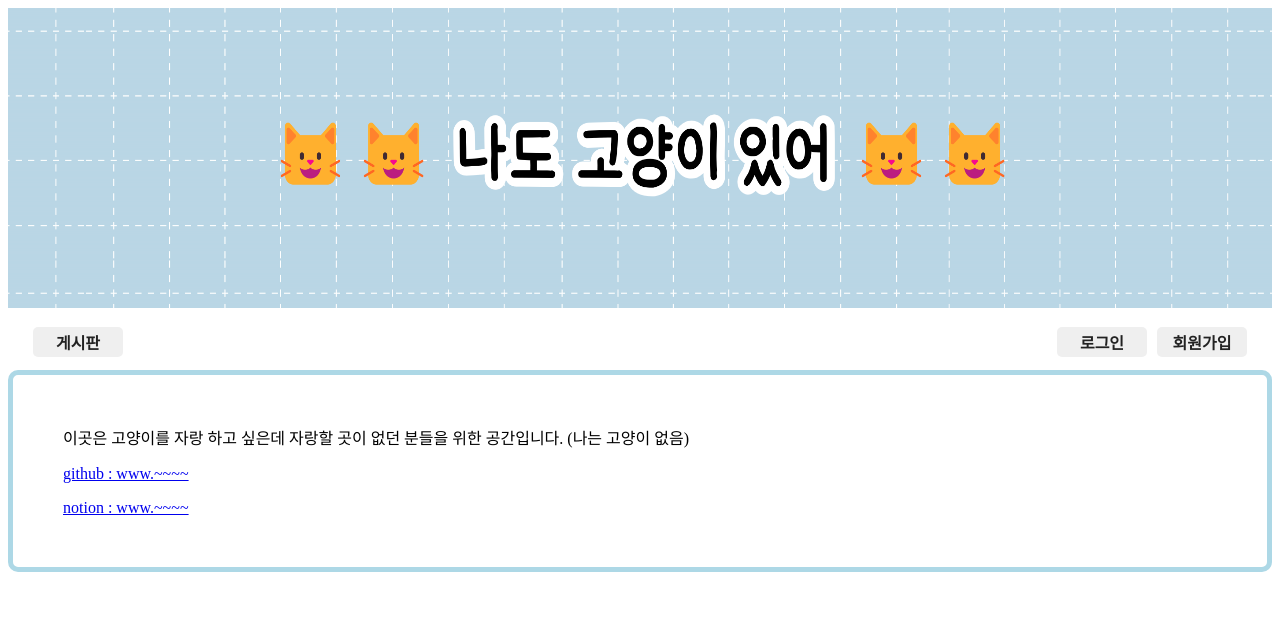
Repository: hh7711/Goit
Page: http://localhost/Goit/WEB-INF/views/mainPage.jsp
These files come from the project's save history. The page is drawn as it stood at one moment and after the next save; the edit follows.
The browser window is 1280 px wide. The pictures show the whole page.
Some web fonts or font styles are not loaded; a fallback is used. The page is served by Tomcat 9. Nobody is signed in. Other server files are loaded and not shown. The template is opened directly, without the code that normally fills it, so the values that code supplies are empty.

Above is the page before, as saved 2023-08-03 06:33:47.

### Goit/src/main/webapp/WEB-INF/views/mainPage.jsp
<%@ page language="java" contentType="text/html; charset=UTF-8"
    pageEncoding="UTF-8"%>
<%@ taglib prefix="c" uri="http://java.sun.com/jsp/jstl/core" %>
<!DOCTYPE html>
<html>
<head>
<meta charset="UTF-8">
<title>나도 고양이 있어</title>
	<style type="text/css">
		@font-face {
		    font-family: 'Dovemayo_gothic';
		    src: url('https://cdn.jsdelivr.net/gh/projectnoonnu/noonfonts_2302@1.1/Dovemayo_gothic.woff2') format('woff2');
		    font-weight: normal;
		    font-style: normal;
		}
		body,button {
			font-family: 'Dovemayo_gothic';
		}
		#main1{
			border: 5px solid lightblue;
			border-radius: 10px;
/* 			margin: 30px; */
		}
		.headBtnDiv{
			margin-bottom: 30px; margin-top: 10px;
			margin-left: 20px; margin-right: 20px;
		}
        .headBtn{
        	border: 0.5px;
        	width: 90px;
        	height: 30px;
        	color: rgb(34, 34, 34);
        	border-radius: 5px;
        	font-size: medium;
        	font-weight: bold;
        	margin: 5px;
/*         	margin-top: 5px; margin-left: 5px; margin-right: 5px; margin-bottom: 30px; */
        }
        .headBtn:hover{
        	background-color: rgb(211, 253, 255);
        }
        .headId{
        	font-size: medium;
        	font-weight: bold;
        	margin-top: 8px; margin-left: 5px; margin-right: 5px; margin-bottom: 10px;
        }
	</style>
</head>
<body>
	<div>
		<a href="mainPage">
			<img style="height: 300px;" alt="오류" src="resources/main/main15.png" width="100%">
		</a>
	</div>
	<div class="headBtnDiv">
		<button type="button" class="headBtn" style="float: left;" onclick="location.href='boardList'">게시판</button>
		<c:if test="${dto == null}">
			<button type="button" class="headBtn" style="float: right;" onclick="location.href='signUpPage'">회원가입</button>
			&nbsp;<button type="button" class="headBtn" style="float: right;" onclick="location.href='signInPage'">로그인</button>
		</c:if>
		<c:if test="${dto != null}">
			<button type="button" class="headBtn" style="float: right;" onclick="location.href='signOut'">로그아웃</button>&nbsp;
			<button type="button" class="headBtn" style="float: right;" onclick="location.href='myPage'">마이페이지</button>
			<span class="headId" style="float: right;">${dto.id}님</span>
		</c:if>
	</div>
	<div id="main1">
		<div id="main2">
			<div><!-- 본문 -->
<!-- 			<img alt="" src="resources/main.png" width="100%"> -->
				<div style="margin: 50px;">
<!-- 					<img alt="오류" src="resources/main/main1.jpg" width="100%"> -->
<!-- 					<img alt="오류" src="resources/main/main2.gif" width="100%"> -->
<!-- 					<img alt="오류" src="resources/main/main3.gif" width="100%"> -->
<!-- 					<img alt="오류" src="resources/main/main4.gif" width="100%"> -->
<!-- 					<img alt="오류" src="resources/main/main5.gif" width="100%"> -->
<!-- 					<img alt="오류" src="resources/main/main6.gif" width="100%"> -->
<!-- 					<img alt="오류" src="resources/main/main7.gif" width="100%"> -->
<!-- 					<img alt="오류" src="resources/main/main8.gif" width="100%"> -->
<!-- 					<img alt="오류" src="resources/main/main9.gif" width="100%"> -->
					이곳은 고양이를 자랑 하고 싶은데 자랑할 곳이 없던 분들을 위한 공간입니다.
					(나는 고양이 없음)

					<p><a href="#">github : www.~~~~</a></p>
					<p><a href="#">notion : www.~~~~</a></p>
				</div>
			</div><!-- 본문 -->
		</div><!-- main1 -->
	</div><!-- main2 -->
</body>
</html>

After the next save:
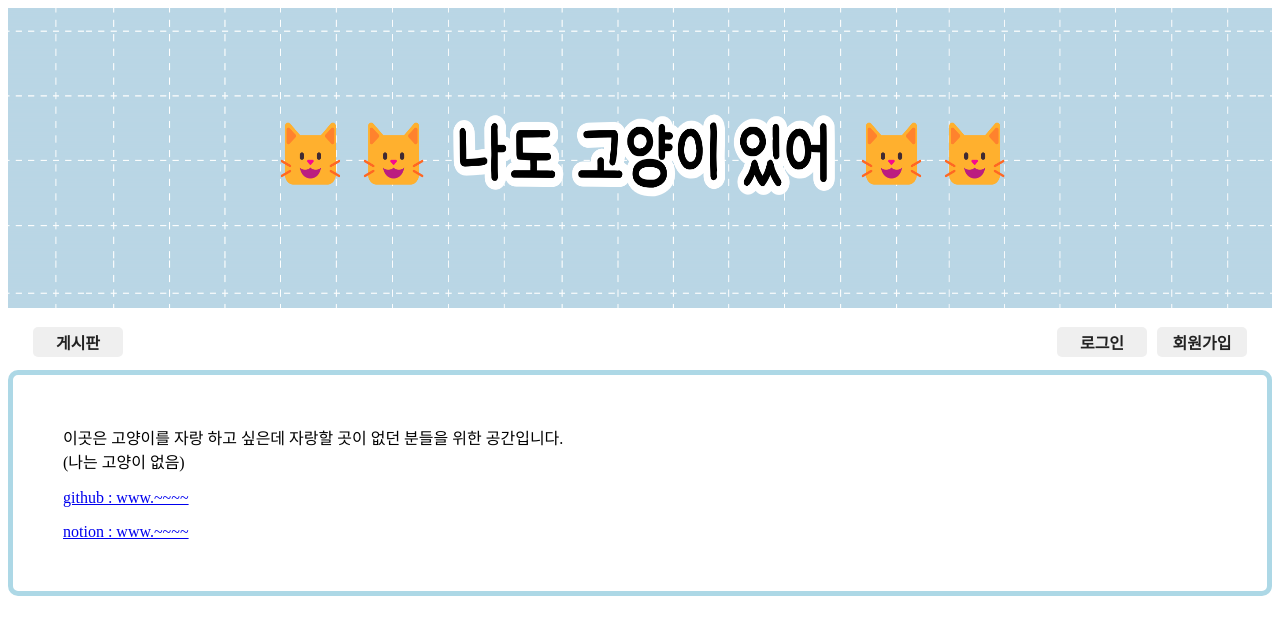
Saved 22 s later.
--- a/Goit/src/main/webapp/WEB-INF/views/mainPage.jsp
+++ b/Goit/src/main/webapp/WEB-INF/views/mainPage.jsp
@@ -79,7 +79,7 @@
 <!-- 					<img alt="오류" src="resources/main/main8.gif" width="100%"> -->
 <!-- 					<img alt="오류" src="resources/main/main9.gif" width="100%"> -->
 					이곳은 고양이를 자랑 하고 싶은데 자랑할 곳이 없던 분들을 위한 공간입니다.
-					(나는 고양이 없음)
+					<br>(나는 고양이 없음)
 
 					<p><a href="#">github : www.~~~~</a></p>
 					<p><a href="#">notion : www.~~~~</a></p>
